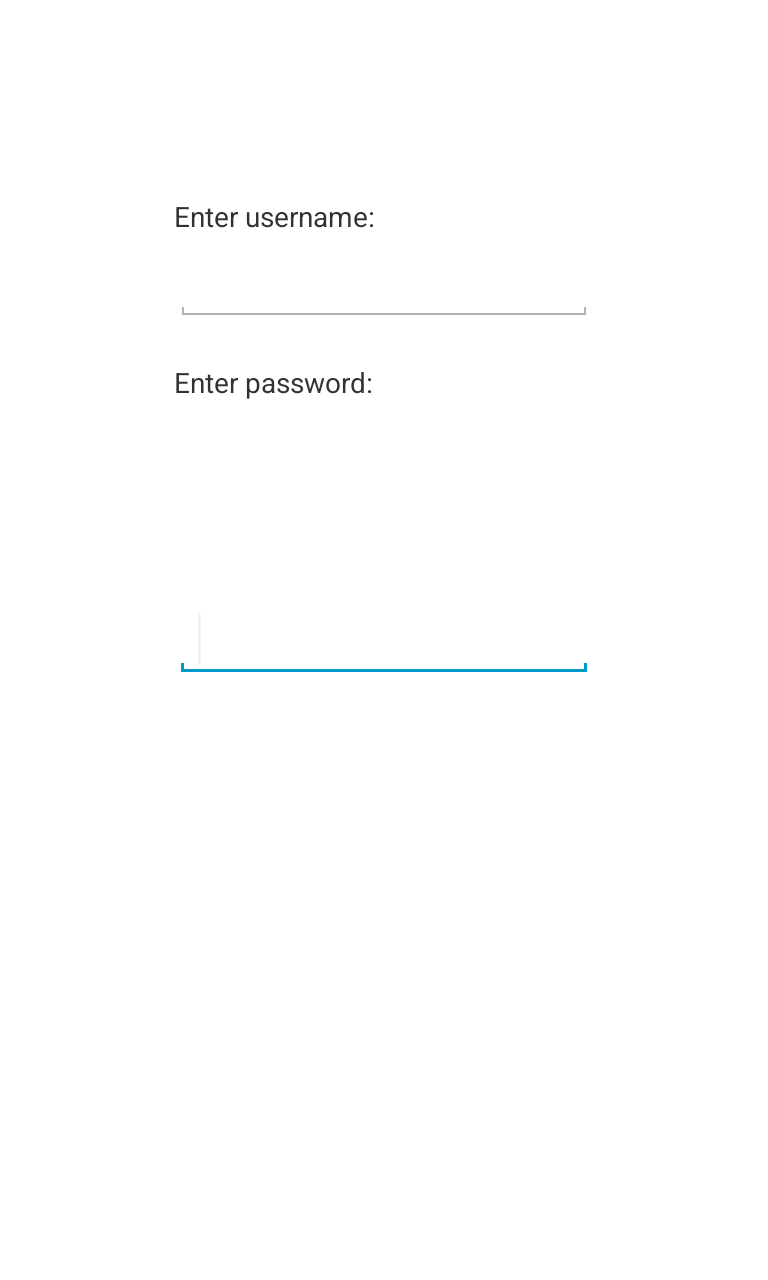
Repository: Codlex/JSMS
Layout: AndroidClient/res/layout/activity_main.xml
An editor plug-in stored every save of this project. The layout is shown before and after the next save, followed by the edit.
It is drawn on a 768 x 1280 px phone screen (xhdpi) without system bars, with theme AppTheme; the app's code is not run.

Above is the layout before, as saved 2013-01-04 14:34:50.

### AndroidClient/res/layout/activity_main.xml
<RelativeLayout xmlns:android="http://schemas.android.com/apk/res/android"
    xmlns:tools="http://schemas.android.com/tools"
    android:layout_width="match_parent"
    android:layout_height="match_parent"
    tools:context=".MainActivity" >


    <EditText
        android:id="@+id/username"
        android:layout_width="wrap_content"
        android:layout_height="wrap_content"
        android:layout_alignParentTop="true"
        android:layout_centerHorizontal="true"
        android:layout_marginTop="122dp"
        android:ems="10"

        android:inputType="textPersonName" />

    <TextView
        android:id="@+id/text1"
        android:layout_width="wrap_content"
        android:layout_height="wrap_content"
        android:layout_alignBottom="@+id/username"
        android:layout_alignLeft="@+id/username"
        android:layout_alignRight="@+id/username"
   		android:text="@string/username"
        android:layout_marginBottom="44dp" />

    <TextView
        android:id="@+id/text2"
        android:layout_width="wrap_content"
        android:layout_height="wrap_content"
        android:layout_alignLeft="@+id/username"
        android:layout_below="@+id/username"
        android:layout_marginTop="20dp"
        android:text="@string/password" />

    <EditText
        android:id="@+id/password"
        android:layout_width="wrap_content"
        android:layout_height="wrap_content"
        android:layout_alignLeft="@+id/text2"
        android:layout_centerVertical="true"
        android:ems="10"
        android:inputType="textPassword" >

        <requestFocus />
    </EditText>

</RelativeLayout>

### AndroidClient/res/values/strings.xml
<?xml version="1.0" encoding="utf-8"?>
<resources>

    <string name="app_name">AndroidClient</string>
    <string name="hello_world">Hello world!</string>
    <string name="menu_settings">Settings</string>
    <string name="username">Enter username:</string>
    <string name="password">Enter password:</string>

</resources>

Loaded but not shown: AndroidClient/res/values/styles.xml (common file); AndroidClient/res/values-v11/styles.xml (common file); AndroidClient/res/values-v14/styles.xml (common file)

After the next save:
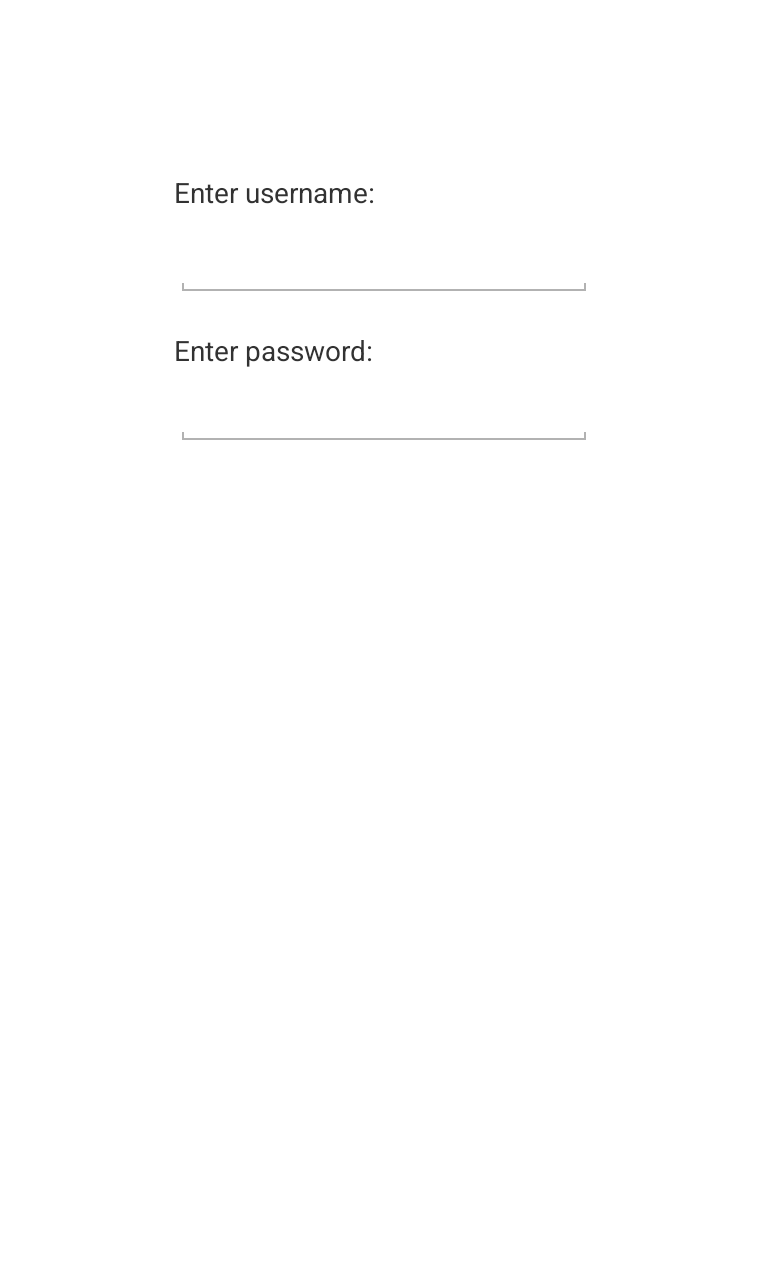
Saved 2 min 57 s later.
--- a/AndroidClient/res/layout/activity_main.xml
+++ b/AndroidClient/res/layout/activity_main.xml
@@ -3,18 +3,6 @@
     android:layout_width="match_parent"
     android:layout_height="match_parent"
     tools:context=".MainActivity" >
-
-
-    <EditText
-        android:id="@+id/username"
-        android:layout_width="wrap_content"
-        android:layout_height="wrap_content"
-        android:layout_alignParentTop="true"
-        android:layout_centerHorizontal="true"
-        android:layout_marginTop="122dp"
-        android:ems="10"
-
-        android:inputType="textPersonName" />
 
     <TextView
         android:id="@+id/text1"
@@ -31,8 +19,8 @@
         android:layout_width="wrap_content"
         android:layout_height="wrap_content"
         android:layout_alignLeft="@+id/username"
-        android:layout_below="@+id/username"
-        android:layout_marginTop="20dp"
+        android:layout_below="@+id/text1"
+        android:layout_marginTop="16dp"
         android:text="@string/password" />
 
     <EditText
@@ -40,11 +28,18 @@
         android:layout_width="wrap_content"
         android:layout_height="wrap_content"
         android:layout_alignLeft="@+id/text2"
-        android:layout_centerVertical="true"
+        android:layout_below="@+id/text2"
         android:ems="10"
-        android:inputType="textPassword" >
+        android:inputType="textPassword" />
 
-        <requestFocus />
-    </EditText>
+    <EditText
+        android:id="@+id/username"
+        android:layout_width="wrap_content"
+        android:layout_height="wrap_content"
+        android:layout_alignParentTop="true"
+        android:layout_centerHorizontal="true"
+        android:layout_marginTop="110dp"
+        android:ems="10"
+        android:inputType="textPersonName" />
 
 </RelativeLayout>
